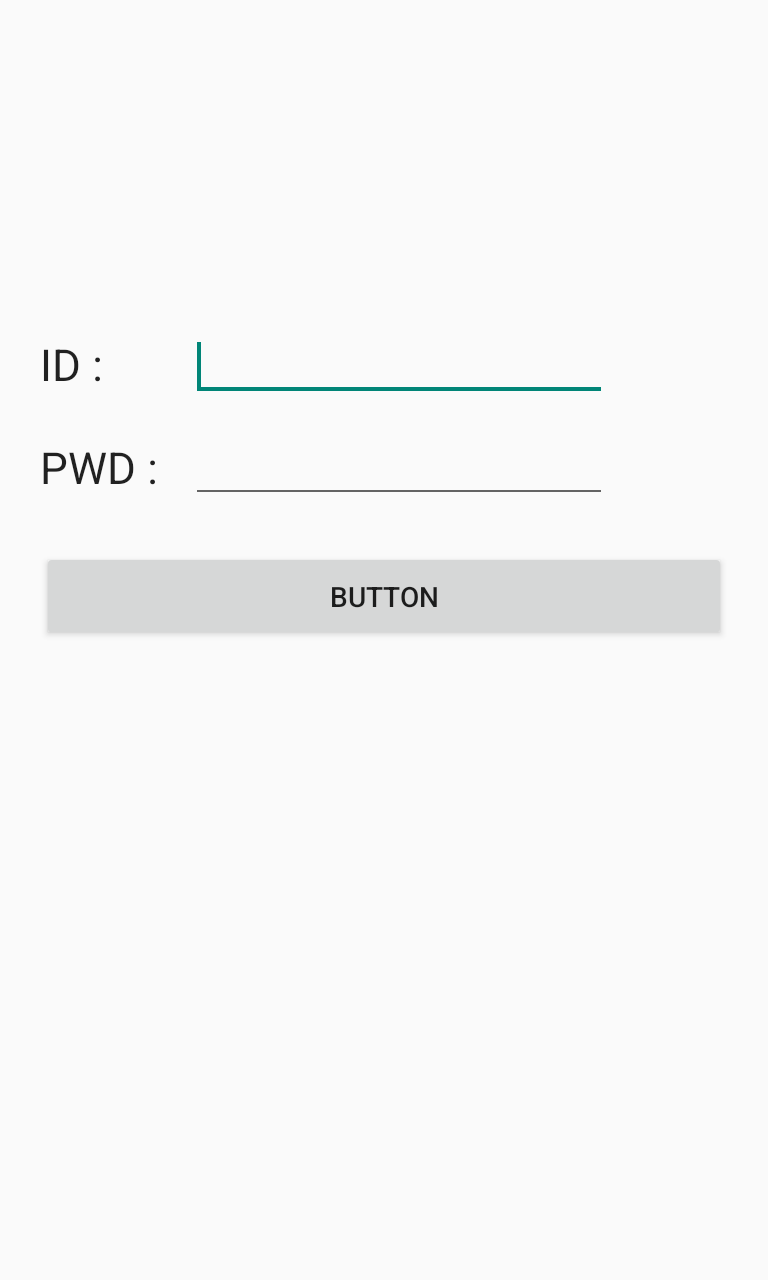
Repository: dev-sean/kosta
Layout: and1016/res/layout/ex2_post.xml
The author's editor kept a copy of each file at every save. The layout is drawn from the files as they stood at one save, then again after the next save.
It is drawn on a 768 x 1280 px phone screen (xhdpi) without system bars, with theme AppTheme; the app's code is not run.

Above is the layout before, as saved 2014-10-16 03:07:19.

After the next save:
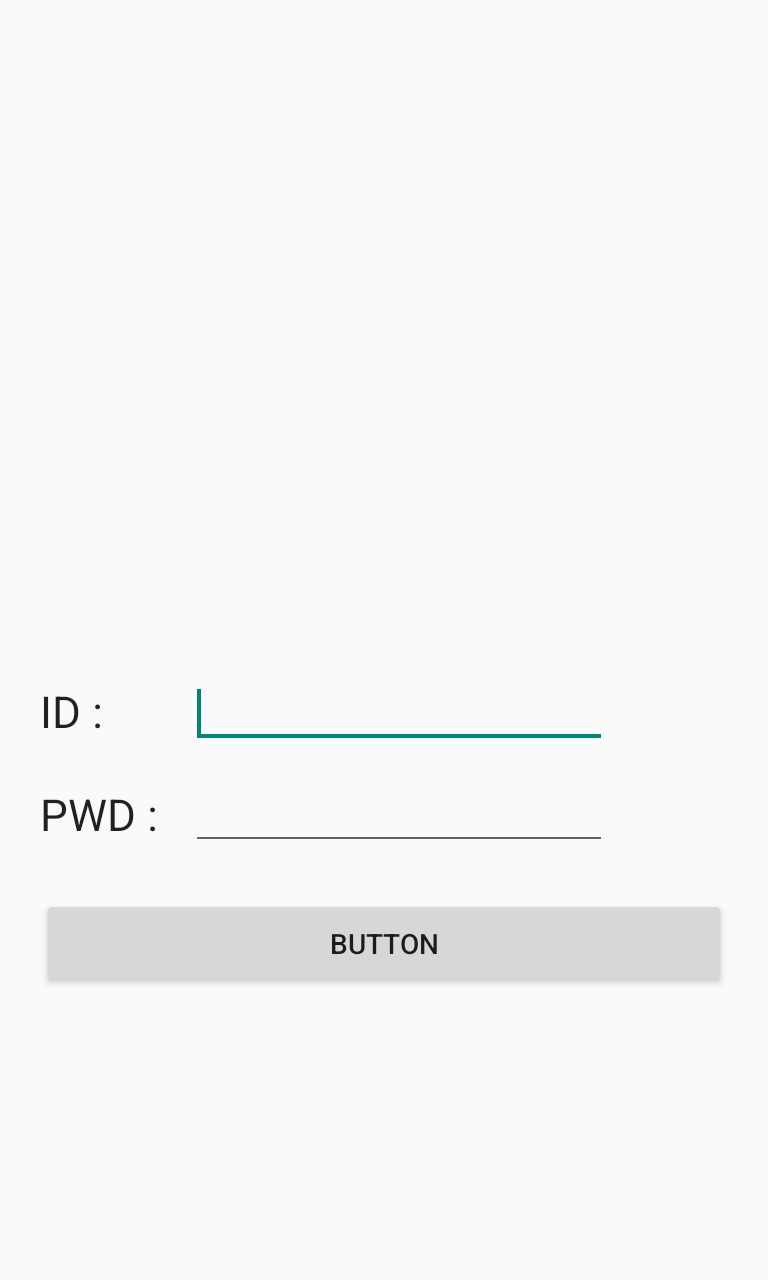
Saved 20 s later.
--- a/and1016/res/layout/ex2_post.xml
+++ b/and1016/res/layout/ex2_post.xml
@@ -4,9 +4,10 @@
     android:layout_height="match_parent"
     android:orientation="vertical" >
 <TextView
-    android:layout_weight="wrap_content"
+    android:layout_weight=""
     android:layout_height="wrap_content"
     android:textColor="#ff0033"
+    android:textSize="30sp"
     android:text="LoginForm"
     />
     <TableLayout
